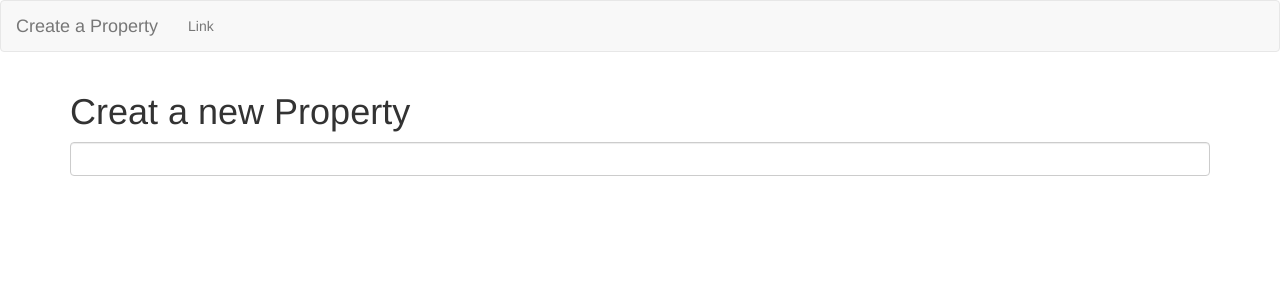
Repository: djoysilva/vivaRealChallenge
Page: http://localhost/vivaReal2.0/createProperty.jsp
The author's editor kept a copy of each file at every save. The page is drawn from the files as they stood at one save, then again after the next save.
The browser window is 1280 px wide. The pictures show the whole page.
The page is served by Tomcat 9. Other server files are loaded and not shown.

Above is the page before, as saved 2016-11-02 20:38:24.

### VivaRealWorkSpace/vivaReal2.0/WebContent/createProperty.jsp
<%@ page language="java" contentType="text/html; charset=ISO-8859-1"
    pageEncoding="ISO-8859-1"%>
<!DOCTYPE html PUBLIC "-//W3C//DTD HTML 4.01 Transitional//EN" "http://www.w3.org/TR/html4/loose.dtd">
<html>
<head>
<meta http-equiv="Content-Type" content="text/html; charset=ISO-8859-1">
<%@ include file = "include.jsp"%>
<title>Create a new property</title>
</head>
<body>
	<%@ include file = "menu.jsp" %>
	<div class = "container">
		<h1>Creat a new Property</h1>
		<div class = "form-control">
			<div class = "row">
				<div class = "col-md-4">
					<form action="createProperty" method="post">

						</form>
				</div>
			</div>
		</div>
	</div>
</body>
</html>

### VivaRealWorkSpace/vivaReal2.0/WebContent/include.jsp
<link rel = "stylesheet" type = "text/css" href="css/bootstrap.min.css">

### VivaRealWorkSpace/vivaReal2.0/WebContent/menu.jsp
<nav class="navbar navbar-default">
  <div class="container-fluid">
    <!-- Brand and toggle get grouped for better mobile display -->
    <div class="navbar-header">
      <button type="button" class="navbar-toggle collapsed" data-toggle="collapse" data-target="#bs-example-navbar-collapse-1" aria-expanded="false">
        <span class="sr-only">Toggle navigation</span>
        <span class="icon-bar"></span>
        <span class="icon-bar"></span>
        <span class="icon-bar"></span>
      </button>
      <a class="navbar-brand" href="createProperty.jsp">Create a Property</a>
    </div>

    <!-- Collect the nav links, forms, and other content for toggling -->
    <div class="collapse navbar-collapse" id="bs-example-navbar-collapse-1">
      <ul class="nav navbar-nav">
        <li><a href="#">Link</a></li>
      </ul>
    </div><!-- /.navbar-collapse -->
  </div><!-- /.container-fluid -->
</nav>

Loaded but not shown: VivaRealWorkSpace/vivaReal2.0/WebContent/css/bootstrap.min.css (library)

After the next save:
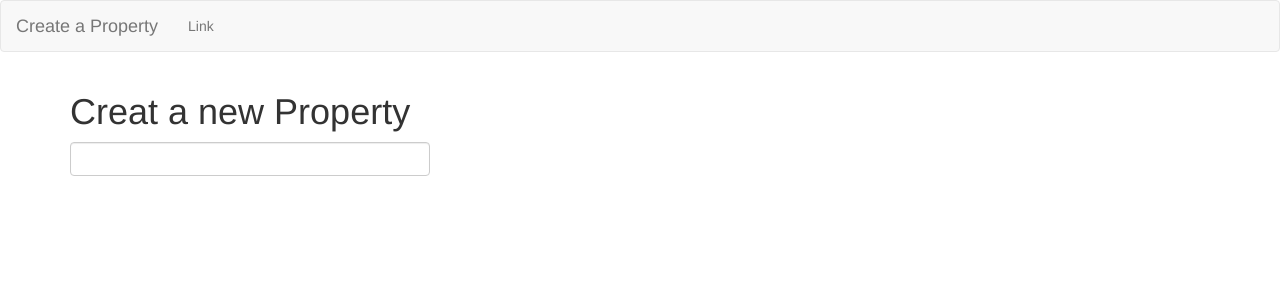
Saved 6 min 5 s later.
--- a/VivaRealWorkSpace/vivaReal2.0/WebContent/createProperty.jsp
+++ b/VivaRealWorkSpace/vivaReal2.0/WebContent/createProperty.jsp
@@ -11,15 +11,15 @@
 	<%@ include file = "menu.jsp" %>
 	<div class = "container">
 		<h1>Creat a new Property</h1>
-		<div class = "form-control">
 			<div class = "row">
 				<div class = "col-md-4">
 					<form action="createProperty" method="post">
+						<div class = "form-control">
 
+						</div>
 						</form>
 				</div>
 			</div>
-		</div>
 	</div>
 </body>
 </html>
